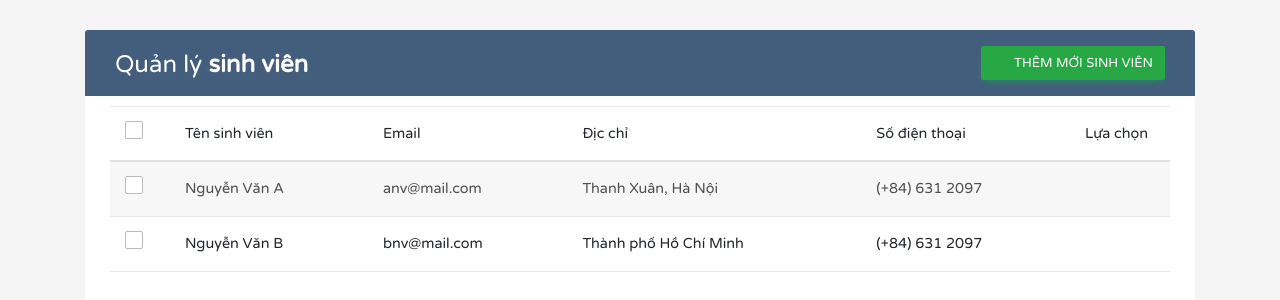
Repository: TinhTT336/MD02_Session06
Page: /
An editor plug-in stored every save of this project. The page is shown before and after the next save, followed by the edit.
The browser window is 1280 px wide. The pictures show the whole page.
Some web libraries are served in a nearby version. The project was rebuilt for these pictures with package versions that can differ from the ones it lists, and the page was loaded fresh each time. Also part of the build but not shown: vite.config.js, src/App.css, src/mini_project/TodoList.jsx, src/mini_project/Todo.jsx, src/base/Input.jsx, src/base/Radio.jsx, src/base/Checkbox.jsx, src/Homework/AddModal.jsx and 5 more.

Above is the page before, as saved 2023-09-03 22:00:55.

### index.html
<!doctype html>
<html lang="en">

<head>
  <meta charset="UTF-8" />
  <link rel="icon" type="image/svg+xml" href="/vite.svg" />
  <meta name="viewport" content="width=device-width, initial-scale=1.0" />
  <title>Vite + React</title>
  <link href="https://cdnjs.cloudflare.com/ajax/libs/font-awesome/6.0.0/css/all.min.css" rel="stylesheet" />
  <link href="https://fonts.googleapis.com/css?family=Roboto:300,400,500,700&display=swap" rel="stylesheet" />
  <link href="https://cdnjs.cloudflare.com/ajax/libs/mdb-ui-kit/6.2.0/mdb.min.css" rel="stylesheet" />
  <link rel="stylesheet" href="https://fonts.googleapis.com/css?family=Roboto|Varela+Round">
  <link rel="stylesheet" href="https://stackpath.bootstrapcdn.com/bootstrap/4.5.0/css/bootstrap.min.css">
  <link rel="stylesheet" href="https://fonts.googleapis.com/icon?family=Material+Icons">
  <link rel="stylesheet" href="https://maxcdn.bootstrapcdn.com/font-awesome/4.7.0/css/font-awesome.min.css">
  <link rel="stylesheet" href="./public/css/index.css">

</head>

<body>
  <div id="root"></div>
  <script type="module" src="/src/main.jsx"></script>
</body>

</html>

### public/css/index.css
body {
	color: #566787;
	background: #f5f5f5;
	font-family: 'Varela Round', sans-serif;
	font-size: 13px;
}

.table-responsive {
	margin: 30px 0;
}

.table-wrapper {
	background: #fff;
	padding: 20px 25px;
	border-radius: 3px;
	min-width: 1000px;
	box-shadow: 0 1px 1px rgba(0, 0, 0, .05);
}

.table-title {
	padding-bottom: 15px;
	background: #435d7d;
	color: #fff;
	padding: 16px 30px;
	min-width: 100%;
	margin: -20px -25px 10px;
	border-radius: 3px 3px 0 0;
}

.table-title h2 {
	margin: 5px 0 0;
	font-size: 24px;
}

.table-title .btn-group {
	float: right;
}

.table-title .btn {
	color: #fff;
	float: right;
	font-size: 13px;
	border: none;
	min-width: 50px;
	border-radius: 2px;
	border: none;
	outline: none !important;
	margin-left: 10px;
}

.table-title .btn i {
	float: left;
	font-size: 21px;
	margin-right: 5px;
}

.table-title .btn span {
	float: left;
	margin-top: 2px;
}

table.table tr th,
table.table tr td {
	border-color: #e9e9e9;
	padding: 12px 15px;
	vertical-align: middle;
}

table.table tr th:first-child {
	width: 60px;
}

table.table tr th:last-child {
	width: 100px;
}

table.table-striped tbody tr:nth-of-type(odd) {
	background-color: #fcfcfc;
}

table.table-striped.table-hover tbody tr:hover {
	background: #f5f5f5;
}

table.table th i {
	font-size: 13px;
	margin: 0 5px;
	cursor: pointer;
}

table.table td:last-child i {
	opacity: 0.9;
	font-size: 22px;
	margin: 0 5px;
}

table.table td a {
	font-weight: bold;
	color: #566787;
	display: inline-block;
	text-decoration: none;
	outline: none !important;
}

table.table td a:hover {
	color: #2196F3;
}

table.table td a.edit {
	color: #FFC107;
}

table.table td a.delete {
	color: #F44336;
}

table.table td i {
	font-size: 19px;
}

table.table .avatar {
	border-radius: 50%;
	vertical-align: middle;
	margin-right: 10px;
}

.pagination {
	float: right;
	margin: 0 0 5px;
}

.pagination li a {
	border: none;
	font-size: 13px;
	min-width: 30px;
	min-height: 30px;
	color: #999;
	margin: 0 2px;
	line-height: 30px;
	border-radius: 2px !important;
	text-align: center;
	padding: 0 6px;
}

.pagination li a:hover {
	color: #666;
}

.pagination li.active a,
.pagination li.active a.page-link {
	background: #03A9F4;
}

.pagination li.active a:hover {
	background: #0397d6;
}

.pagination li.disabled i {
	color: #ccc;
}

.pagination li i {
	font-size: 16px;
	padding-top: 6px
}

.hint-text {
	float: left;
	margin-top: 10px;
	font-size: 13px;
}

/* Custom checkbox */
.custom-checkbox {
	position: relative;
}

.custom-checkbox input[type="checkbox"] {
	opacity: 0;
	position: absolute;
	margin: 5px 0 0 3px;
	z-index: 9;
}

.custom-checkbox label:before {
	width: 18px;
	height: 18px;
}

.custom-checkbox label:before {
	content: '';
	margin-right: 10px;
	display: inline-block;
	vertical-align: text-top;
	background: white;
	border: 1px solid #bbb;
	border-radius: 2px;
	box-sizing: border-box;
	z-index: 2;
}

.custom-checkbox input[type="checkbox"]:checked+label:after {
	content: '';
	position: absolute;
	left: 6px;
	top: 3px;
	width: 6px;
	height: 11px;
	border: solid #000;
	border-width: 0 3px 3px 0;
	transform: inherit;
	z-index: 3;
	transform: rotateZ(45deg);
}

.custom-checkbox input[type="checkbox"]:checked+label:before {
	border-color: #03A9F4;
	background: #03A9F4;
}

.custom-checkbox input[type="checkbox"]:checked+label:after {
	border-color: #fff;
}

.custom-checkbox input[type="checkbox"]:disabled+label:before {
	color: #b8b8b8;
	cursor: auto;
	box-shadow: none;
	background: #ddd;
}

/* Modal styles */
.modal .modal-dialog {
	max-width: 400px;
}

.modal .modal-header,
.modal .modal-body,
.modal .modal-footer {
	padding: 20px 30px;
}

.modal .modal-content {
	border-radius: 3px;
	font-size: 14px;
}

.modal .modal-footer {
	background: #ecf0f1;
	border-radius: 0 0 3px 3px;
}

.modal .modal-title {
	display: inline-block;
}

.modal .form-control {
	border-radius: 2px;
	box-shadow: none;
	border-color: #dddddd;
}

.modal textarea.form-control {
	resize: vertical;
}

.modal .btn {
	border-radius: 2px;
	min-width: 100px;
}

.modal form label {
	font-weight: normal;
}

### src/App.jsx
import { useState } from "react";
import reactLogo from "./assets/react.svg";
import viteLogo from "/vite.svg";
import "./App.css";
import TodoList from "./mini_project/TodoList";
import Todo from "./mini_project/Todo";
import Input from "./base/Input";
import Radio from "./base/Radio";
import Checkbox from "./base/Checkbox";
import Index from "./Homework/Index";
import Index_Manager from "./ManagerStudent/Index_Manager";

function App() {
  const [count, setCount] = useState(0);

  return (
    <>
      {/* <TodoList /> */}
      {/* <Todo /> */}
      {/* <Input /> */}
      {/* <Radio /> */}
      {/* <Checkbox /> */}
      {/* <Index /> */}
      <Index_Manager />
    </>
  );
}

export default App;

### src/ManagerStudent/Index_Manager.jsx
import React from 'react'
import ListStudent from './ListStudent'

export default function Index_Manager() {
    return (
        <div>
            <ListStudent />
        </div>
    )
}

### src/ManagerStudent/ListStudent.jsx
import React from 'react'

export default function ListStudent() {
    return (
        <div>
            <div className="container-xl">
                <div className="table-responsive">
                    <div className="table-wrapper">
                        <div className="table-title">
                            <div className="row">
                                <div className="col-sm-6">
                                    <h2>
                                        Quản lý <b>sinh viên</b>
                                    </h2>
                                </div>
                                <div className="col-sm-6">
                                    <a
                                        href="#addEmployeeModal"
                                        className="btn
                              btn-success"
                                        data-toggle="modal"
                                    >
                                        <i className="material-icons"></i>
                                        <span>Thêm mới sinh viên</span>
                                    </a>
                                </div>
                            </div>
                        </div>
                        <table className="table table-striped table-hover">
                            <thead>
                                <tr>
                                    <th>
                                        <span className="custom-checkbox">
                                            <input type="checkbox" id="selectAll" />
                                            <label htmlFor="selectAll" />
                                        </span>
                                    </th>
                                    <th>Tên sinh viên</th>
                                    <th>Email</th>
                                    <th>Địc chỉ</th>
                                    <th>Số điện thoại</th>
                                    <th>Lựa chọn</th>
                                </tr>
                            </thead>
                            <tbody>
                                <tr>
                                    <td>
                                        <span className="custom-checkbox">
                                            <input
                                                type="checkbox"
                                                id="checkbox5"
                                                name="options[]"
                                                defaultValue={1}
                                            />
                                            <label htmlFor="checkbox5" />
                                        </span>
                                    </td>
                                    <td>Nguyễn Văn A</td>
                                    <td>anv@mail.com</td>
                                    <td>Thanh Xuân, Hà Nội</td>
                                    <td>(+84) 631 2097</td>
                                    <td>
                                        <a href="#editEmployeeModal" className="edit" data-toggle="modal">
                                            <i
                                                className="material-icons"
                                                data-toggle="tooltip"
                                                title="Edit"
                                            >
                                                
                                            </i>
                                        </a>
                                        <a
                                            href="#deleteEmployeeModal"
                                            className="delete"
                                            data-toggle="modal"
                                        >
                                            <i
                                                className="material-icons"
                                                data-toggle="tooltip"
                                                title="Delete"
                                            >
                                                
                                            </i>
                                        </a>
                                    </td>
                                </tr>
                                <tr>
                                    <td>
                                        <span className="custom-checkbox">
                                            <input
                                                type="checkbox"
                                                id="checkbox5"
                                                name="options[]"
                                                defaultValue={1}
                                            />
                                            <label htmlFor="checkbox5" />
                                        </span>
                                    </td>
                                    <td>Nguyễn Văn B</td>
                                    <td>bnv@mail.com</td>
                                    <td>Thành phố Hồ Chí Minh</td>
                                    <td>(+84) 631 2097</td>
                                    <td>
                                        <a href="#editEmployeeModal" className="edit" data-toggle="modal">
                                            <i
                                                className="material-icons"
                                                data-toggle="tooltip"
                                                title="Edit"
                                            >
                                                
                                            </i>
                                        </a>
                                        <a
                                            href="#deleteEmployeeModal"
                                            className="delete"
                                            data-toggle="modal"
                                        >
                                            <i
                                                className="material-icons"
                                                data-toggle="tooltip"
                                                title="Delete"
                                            >
                                                
                                            </i>
                                        </a>
                                    </td>
                                </tr>
                            </tbody>
                        </table>

                    </div>
                </div>
            </div>

        </div>
    )
}

Loaded but not shown: src/main.jsx (common file)

After the next save:
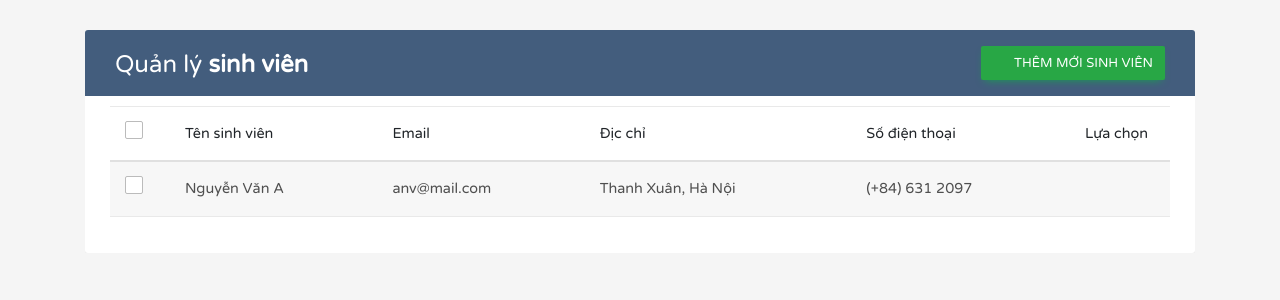
Saved 13 s later.
--- a/src/ManagerStudent/ListStudent.jsx
+++ b/src/ManagerStudent/ListStudent.jsx
@@ -84,47 +84,7 @@ export default function ListStudent() {
                                         </a>
                                     </td>
                                 </tr>
-                                <tr>
-                                    <td>
-                                        <span className="custom-checkbox">
-                                            <input
-                                                type="checkbox"
-                                                id="checkbox5"
-                                                name="options[]"
-                                                defaultValue={1}
-                                            />
-                                            <label htmlFor="checkbox5" />
-                                        </span>
-                                    </td>
-                                    <td>Nguyễn Văn B</td>
-                                    <td>bnv@mail.com</td>
-                                    <td>Thành phố Hồ Chí Minh</td>
-                                    <td>(+84) 631 2097</td>
-                                    <td>
-                                        <a href="#editEmployeeModal" className="edit" data-toggle="modal">
-                                            <i
-                                                className="material-icons"
-                                                data-toggle="tooltip"
-                                                title="Edit"
-                                            >
-                                                
-                                            </i>
-                                        </a>
-                                        <a
-                                            href="#deleteEmployeeModal"
-                                            className="delete"
-                                            data-toggle="modal"
-                                        >
-                                            <i
-                                                className="material-icons"
-                                                data-toggle="tooltip"
-                                                title="Delete"
-                                            >
-                                                
-                                            </i>
-                                        </a>
-                                    </td>
-                                </tr>
+
                             </tbody>
                         </table>
 
